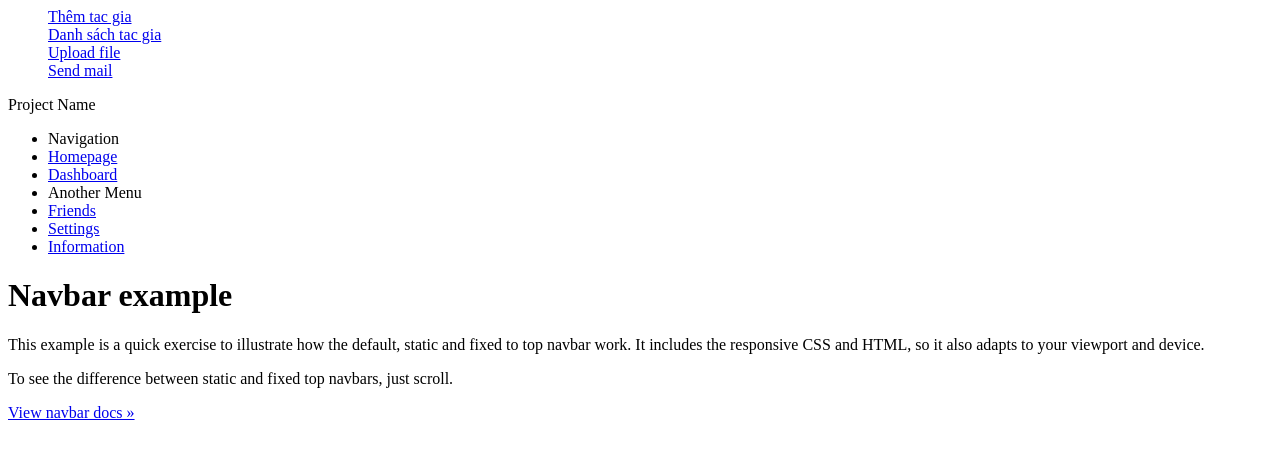
Repository: thienlong9317/testRepo
Page: http://localhost/SpringJDBC/WEB-INF/templates/thuc-don.jsp
The author's editor kept a copy of each file at every save. The page is drawn from the files as they stood at one save, then again after the next save.
The browser window is 1280 px wide. The pictures show the whole page.
The page is served by Tomcat 9. Nobody is signed in. The template is opened directly, without the code that normally fills it, so the values that code supplies are empty.

Above is the page before, as saved 2020-12-23 02:57:21.

After the next save:
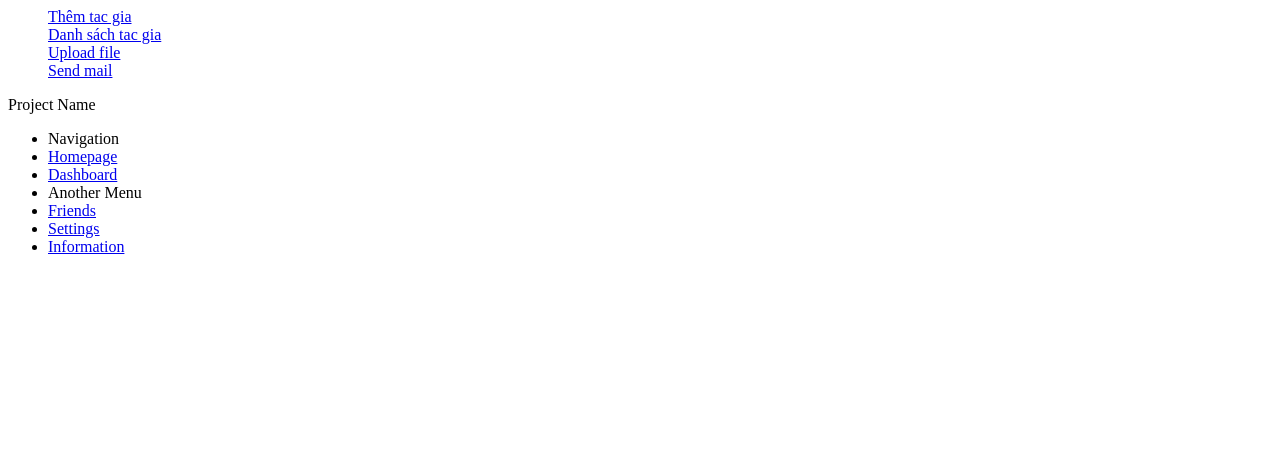
Saved 30 s later.
--- a/eclipse_wp/SpringJDBC/WebContent/WEB-INF/templates/thuc-don.jsp
+++ b/eclipse_wp/SpringJDBC/WebContent/WEB-INF/templates/thuc-don.jsp
@@ -43,19 +43,17 @@
   </ul>
 </div>
 
-<div class="content-container">
+<!-- <div class="content-container">
 
   <div class="container-fluid">
-
-    <!-- Main component for a primary marketing message or call to action -->
+    Main component for a primary marketing message or call to action
     <div class="jumbotron">
       <h1>Navbar example</h1>
       <p>This example is a quick exercise to illustrate how the default, static and fixed to top navbar work. It includes the responsive CSS and HTML, so it also adapts to your viewport and device.</p>
       <p>To see the difference between static and fixed top navbars, just scroll.</p>
-      <p>
+      <p
         <a class="btn btn-lg btn-primary" href="../../components/#navbar" role="button">View navbar docs &raquo;</a>
       </p>
     </div>
-
   </div>
-</div>
+</div> -->
